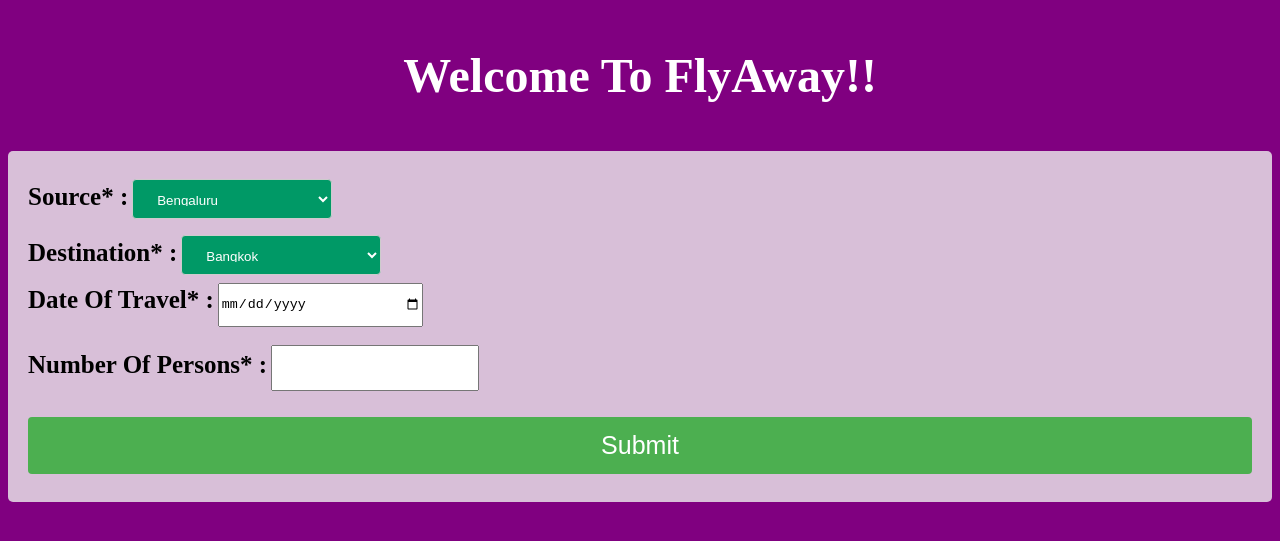
Repository: KanimozhiThandapani/Phase2AirlineBookingProject
Page: http://localhost/AirlineBooking/homepage.jsp
These files come from the project's save history. The page is drawn as it stood at one moment and after the next save; the edit follows.
The browser window is 1280 px wide. The pictures show the whole page.
The page is served by Tomcat 9. Other server files are loaded and not shown.

Above is the page before, as saved 2022-04-22 10:55:18.

### AirlineBooking/WebContent/homepage.jsp
<!DOCTYPE html>
<html>
<style>
input[type=text], select {
  width: 50%;
  padding: 12px 20px;
  margin: 8px 0;
  display: inline-block;
  border: 1px solid #ccc;
  border-radius: 4px;
  box-sizing: border-box;
}

input[type=submit] {
  width: 100%;
  background-color: #4CAF50;
  color: white;
  padding: 14px 20px;
  margin: 8px 0;
  border: none;
  border-radius: 4px;
  cursor: pointer;
  text-align: center;
}

input[type=submit]:hover {
  background-color: #45a049;
  text-align: center;
}

div {
  border-radius: 5px;
  background-color: thistle;
  padding: 20px;
}

h3 {
  text-align: center;
  font-size: 3em;
  color: white;
}
</style>
<body style="background-color:purple;">


<h3>Welcome To FlyAway!!</h3>

<div>
  <form action="flightDetails" method="get">

    <label for="source" style="font-size: 25px"><strong>Source* :</strong></label>
    <select id="source" name="source" style="width:200px;height: 40px; background: #009966; color: #FFF;">
      <option value="bengaluru">Bengaluru</option>
      <option value="chennai">Chennai</option>
      <option value="kochi">Kochi</option>
      <option value="mumbai">Mumbai</option>
    </select><br>

    <label for="destination" style="font-size: 25px"><strong>Destination* :</strong></label>
    <select id="destination" name="destination" style="width:200px;height: 40px; background: #009966; color: #FFF;">
      <option value="bangkok">Bangkok</option>
      <option value="bengaluru">Bengaluru</option>
      <option value="mumbai">Mumbai</option>
      <option value="newDelhi">New Delhi</option>
    </select><br>

    <label for="dateOfTravel" style="font-size: 25px"><strong>Date Of Travel* :</strong></label>
    <input type="date" id="dot" name="dot" style="width:200px;height: 40px;" required><br><br>

    <label for="numberOfPersons" style="font-size: 25px"><strong>Number Of Persons* :</strong></label>
    <input type="number" name="numberOfPersons" style="width:200px;height: 40px;" required><br><br>

    <input type="submit" value="Submit" style="font-size: 25px">
  </form>
</div>

</body>
</html>

After the next save:
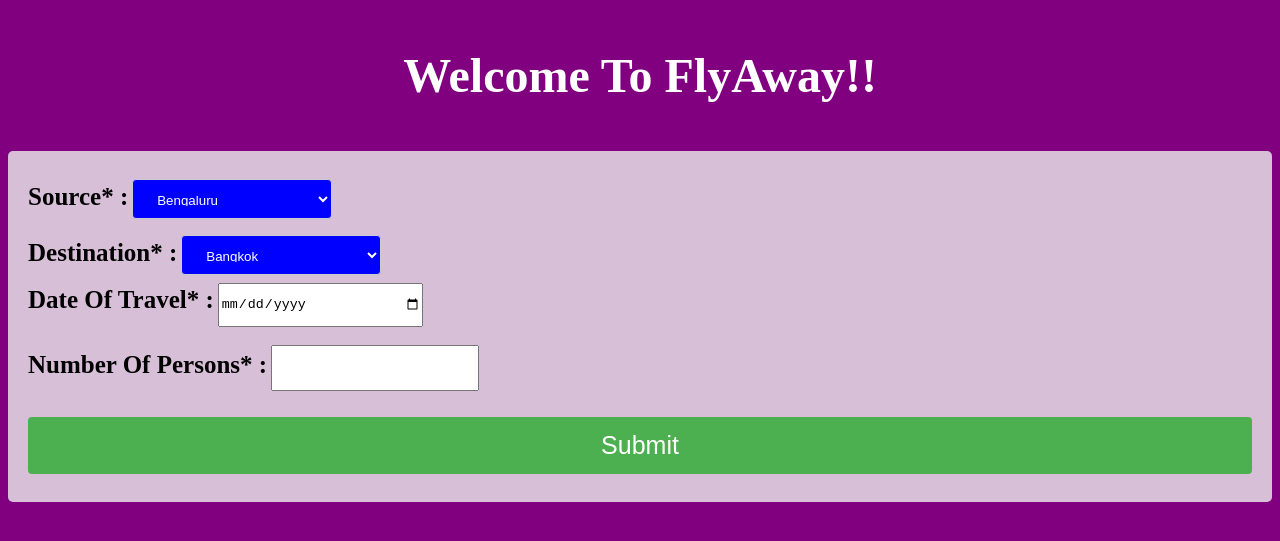
Saved 17 s later.
--- a/AirlineBooking/WebContent/homepage.jsp
+++ b/AirlineBooking/WebContent/homepage.jsp
@@ -49,7 +49,7 @@ h3 {
   <form action="flightDetails" method="get">
 
     <label for="source" style="font-size: 25px"><strong>Source* :</strong></label>
-    <select id="source" name="source" style="width:200px;height: 40px; background: #009966; color: #FFF;">
+    <select id="source" name="source" style="width:200px;height: 40px; background: blue; color: #FFF;">
       <option value="bengaluru">Bengaluru</option>
       <option value="chennai">Chennai</option>
       <option value="kochi">Kochi</option>
@@ -57,7 +57,7 @@ h3 {
     </select><br>
 
     <label for="destination" style="font-size: 25px"><strong>Destination* :</strong></label>
-    <select id="destination" name="destination" style="width:200px;height: 40px; background: #009966; color: #FFF;">
+    <select id="destination" name="destination" style="width:200px;height: 40px; background: blue; color: #FFF;">
       <option value="bangkok">Bangkok</option>
       <option value="bengaluru">Bengaluru</option>
       <option value="mumbai">Mumbai</option>
